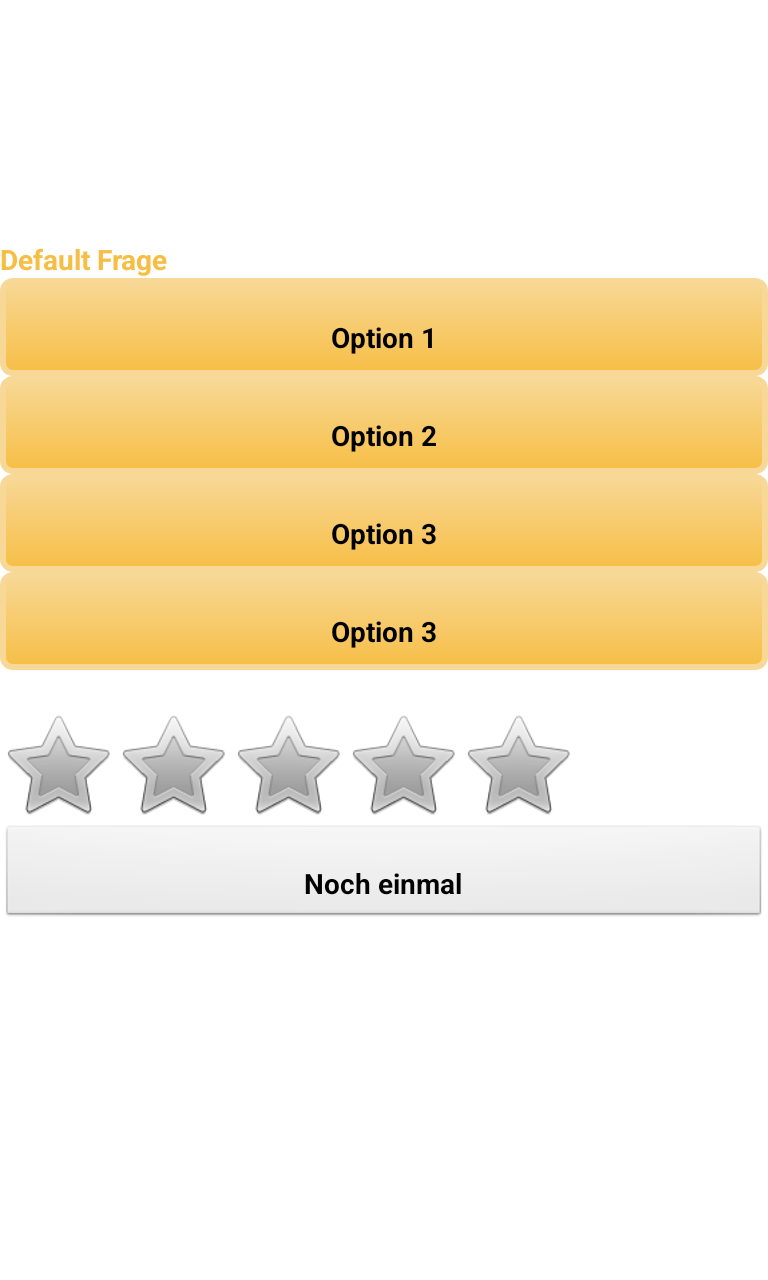
Repository: rueckemann/WWM
Layout: WWM/res/layout/main.xml
An editor plug-in stored every save of this project. The layout is shown before and after the next save, followed by the edit.
It is drawn on a 768 x 1280 px phone screen (xhdpi) without system bars, with theme WWM_Style; the app's code is not run.

Above is the layout before, as saved 2012-02-20 20:37:51.

After the next save:
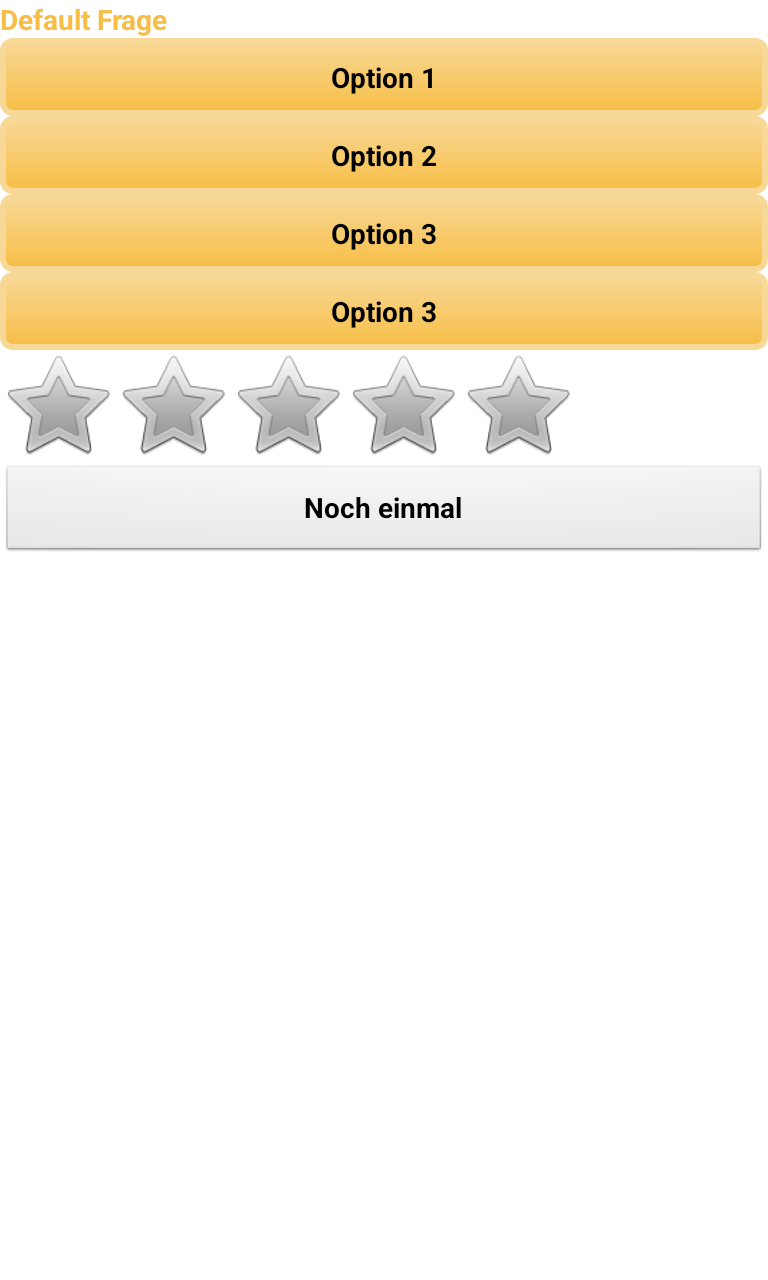
Saved 86 s later.
--- a/WWM/res/values/styles.xml
+++ b/WWM/res/values/styles.xml
@@ -8,7 +8,7 @@
 	    <item name="android:textStyle">bold</item>
 
         <item name="android:windowTitleBackgroundStyle">@color/titlebackgroundcolor</item>
-        <item name="android:paddingTop">20dp</item>
+        <item name="android:button/padding">20dp</item>
     </style>
 
    <style name="WWM_TextAppearance" parent="@android:style/TextAppearance">

After the save that followed:
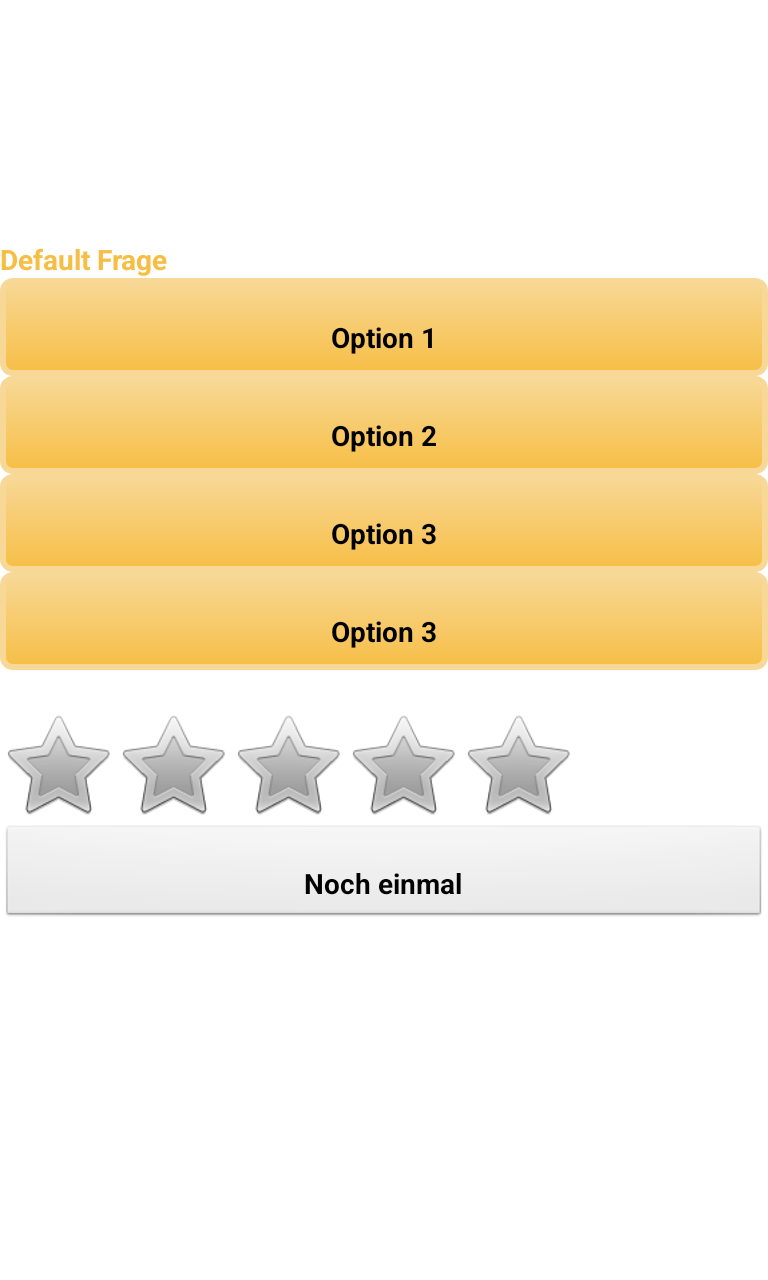
Saved 17 s later.
--- a/WWM/res/values/styles.xml
+++ b/WWM/res/values/styles.xml
@@ -8,7 +8,7 @@
 	    <item name="android:textStyle">bold</item>
 
         <item name="android:windowTitleBackgroundStyle">@color/titlebackgroundcolor</item>
-        <item name="android:button/padding">20dp</item>
+        <item name="android:paddingTop">20dp</item>
     </style>
 
    <style name="WWM_TextAppearance" parent="@android:style/TextAppearance">
